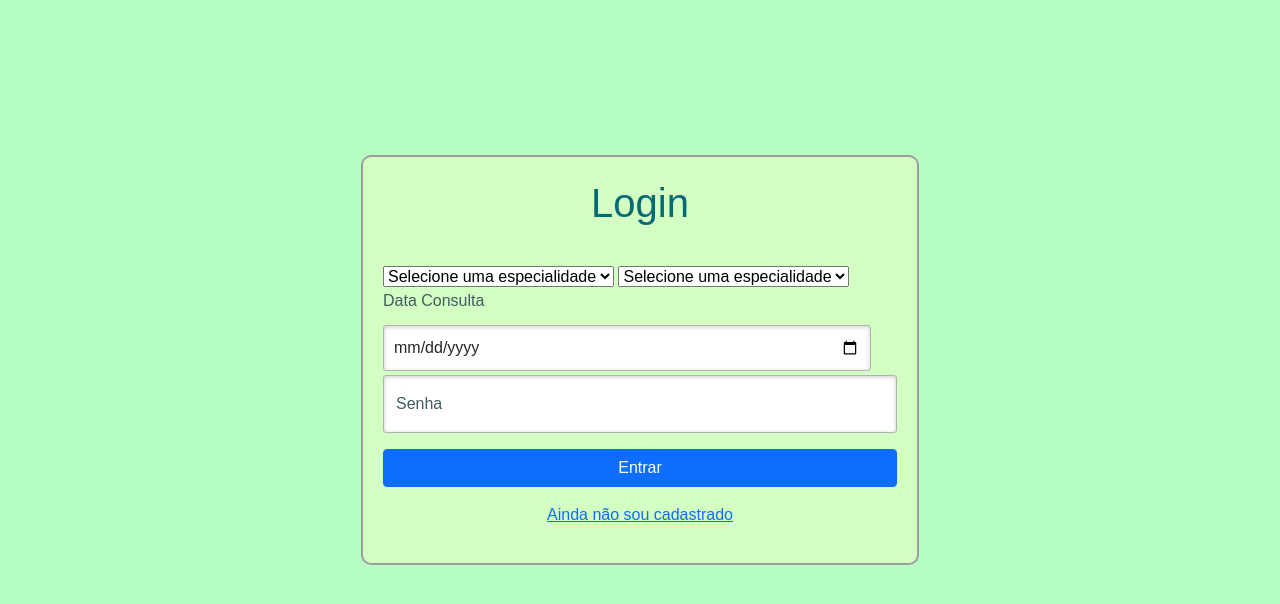
Repository: DavidCostaMariano/gsjava
Page: http://localhost/GsJava/form/formAgendarConsulta.jsp
These files come from the project's save history. The page is drawn as it stood at one moment and after the next save; the edit follows.
The browser window is 1280 px wide. The pictures show the whole page.
The page is served by Tomcat 9.

Above is the page before, as saved 2023-11-15 19:21:12.

After the next save:
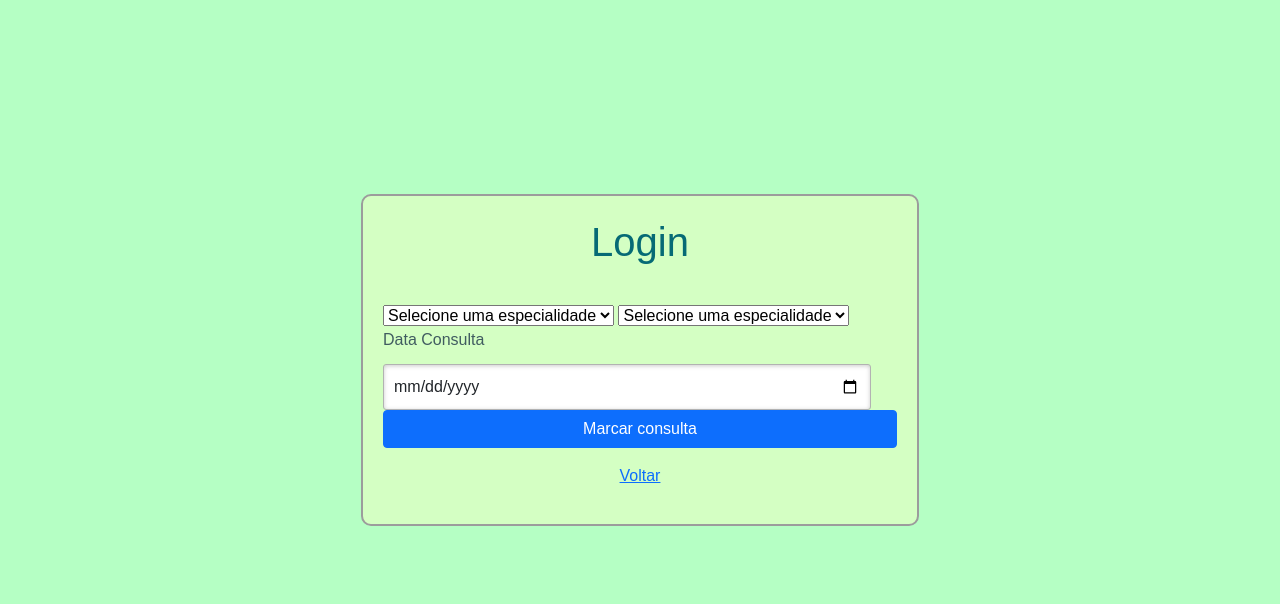
Saved 28 s later.
--- a/GsJava/src/main/webapp/form/formAgendarConsulta.jsp
+++ b/GsJava/src/main/webapp/form/formAgendarConsulta.jsp
@@ -37,19 +37,14 @@
 			<label for="dataConsulta" class="form-label">Data Consulta</label>
 			<input type="date" name="dataConsulta" id="dataConsulta" class="form-control" aria-describedby="passwordHelpBlock">
 
-			<div class="form-floating mb-3">
-				<input type="password" name="floatingInputSenha"
-					class="form-control w-100" id="floatingInputSenha"
-					placeholder="MinhaSenha"> <label for="floatingInput">Senha</label>
-			</div>
 			<div class="d-flex justify-content-center row">
 				<div class="col-12">
 
-					<button type="submit" class="btn btn-primary w-100">Entrar</button>
+					<button type="submit" class="btn btn-primary w-100">Marcar consulta</button>
 				</div>
 				<div class="col-12 text-center pt-3">
 					<p>
-						<a href="form/formCadastro.jsp">Ainda não sou cadastrado</a>
+						<a href="formListagem.jsp">Voltar</a>
 					</p>
 
 				</div>
